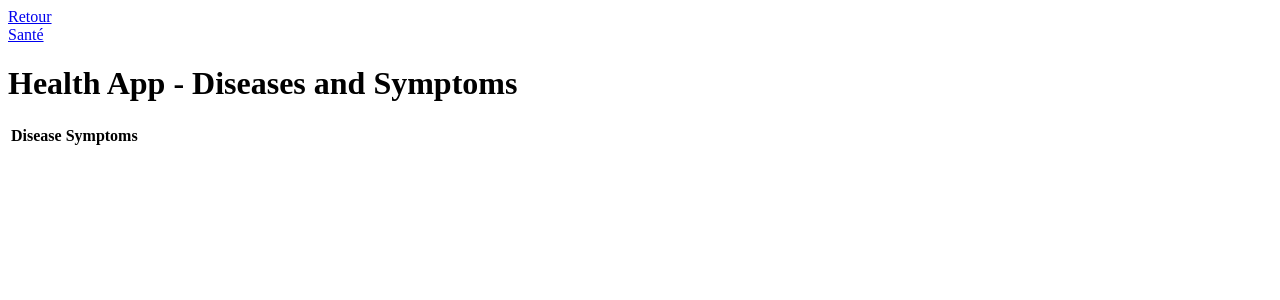
Repository: Sidel-malek/e-sbitar
Page: http://localhost/singup/
An editor plug-in stored every save of this project. The page is shown before and after the next save, followed by the edit.
The browser window is 1280 px wide. The pictures show the whole page.
The page is served by Tomcat 9.

Above is the page before, as saved 2023-06-03 02:28:51.

After the next save:
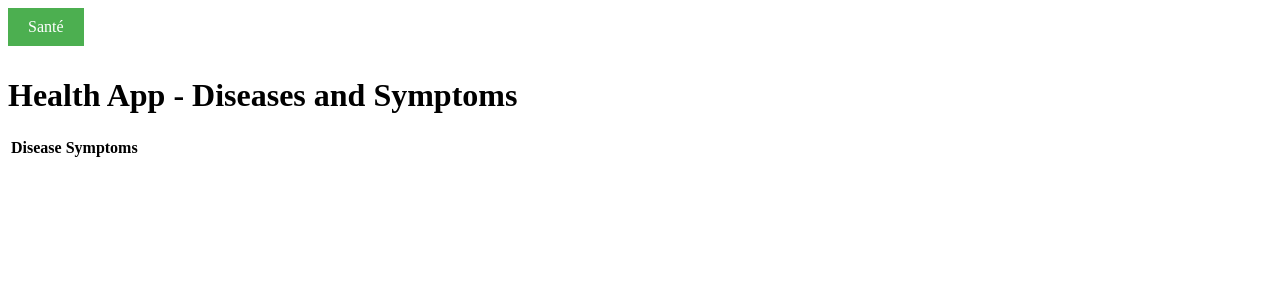
Saved 108 s later.
--- a/authentification/singup/src/main/webapp/index.jsp
+++ b/authentification/singup/src/main/webapp/index.jsp
@@ -2,14 +2,37 @@
 <html>
 <head>
     <title>Health App - Diseases and Symptoms</title>
+    <style>
+        .maladie-image-link,
+        .maladie2-image-link {
+            display: inline-block;
+            padding: 10px 20px;
+            background-color: #f1f1f1;
+            border: none;
+            text-decoration: none;
+            color: #333;
+            font-size: 16px;
+            cursor: pointer;
+            margin-bottom: 10px;
+        }
+
+        .maladie2-image-link {
+            background-color: #4CAF50;
+            color: white;
+        }
+
+        .maladie-image {
+            display: none;
+        }
+    </style>
 </head>
 <body>
     <div class="maladie-image" id="maladie-image">
-        <a href="prestataire.jsp" class="maladie-image-link">Retour</a>
+        <button onclick="window.history.back()" class="maladie-image-link">Retour</button>
     </div>
 
     <div class="maladie2-image" id="maladie2-image">
-        <a href="${pageContext.request.contextPath}/maladies" class="maladie-image-link">Santé</a>
+        <a href="${pageContext.request.contextPath}/maladies" class="maladie2-image-link">Santé</a>
     </div>
 
     <h1>Health App - Diseases and Symptoms</h1>
